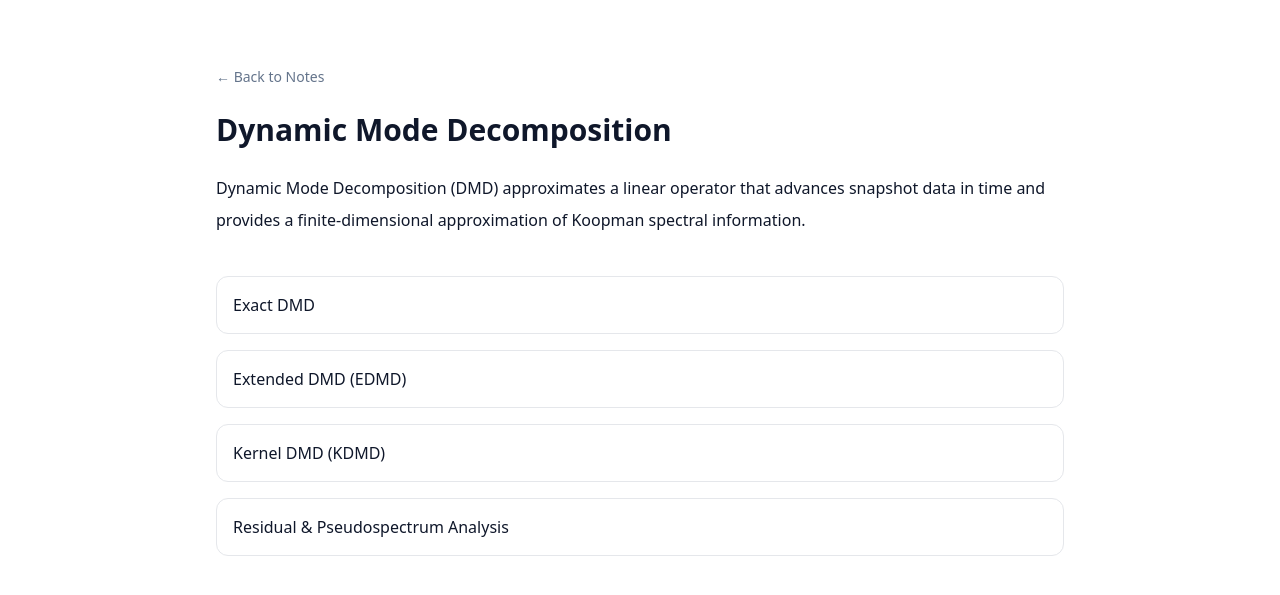
Repository: JWS625/JWS625.github.io
Page: notes/nonlinear_stability/index.html
These files come from the project's save history. The page is drawn as it stood at one moment and after the next save; the edit follows.
The browser window is 1280 px wide. The pictures show the whole page.
Some web libraries are served in a nearby version.

Above is the page before, as saved 2026-02-20 18:04:32.

### notes/nonlinear_stability/index.html
<!doctype html>
<html>
<head>
<meta charset="utf-8">
<title>Modal Analysis | Research Notes</title>
<script src="https://cdn.tailwindcss.com"></script>
</head>

<body class="bg-white text-slate-900">
<div class="max-w-4xl mx-auto px-6 py-16">

<a href="../index.html" class="text-sm text-slate-500 hover:text-black">
← Back to Notes
</a>

<h1 class="text-3xl font-semibold mt-6">
Dynamic Mode Decomposition
</h1>

<p class="mt-6 leading-8">
Dynamic Mode Decomposition (DMD) approximates a linear operator
that advances snapshot data in time and provides a finite-dimensional
approximation of Koopman spectral information.
</p>

<div class="mt-10 space-y-4">

<a href="exact.html" class="block p-4 border rounded-xl hover:bg-slate-50">
Exact DMD
</a>

<a href="edmd.html" class="block p-4 border rounded-xl hover:bg-slate-50">
Extended DMD (EDMD)
</a>

<a href="kdmd.html" class="block p-4 border rounded-xl hover:bg-slate-50">
Kernel DMD (KDMD)
</a>

<a href="residual.html" class="block p-4 border rounded-xl hover:bg-slate-50">
Residual & Pseudospectrum Analysis
</a>

</div>

</div>
</body>
</html>

After the next save:
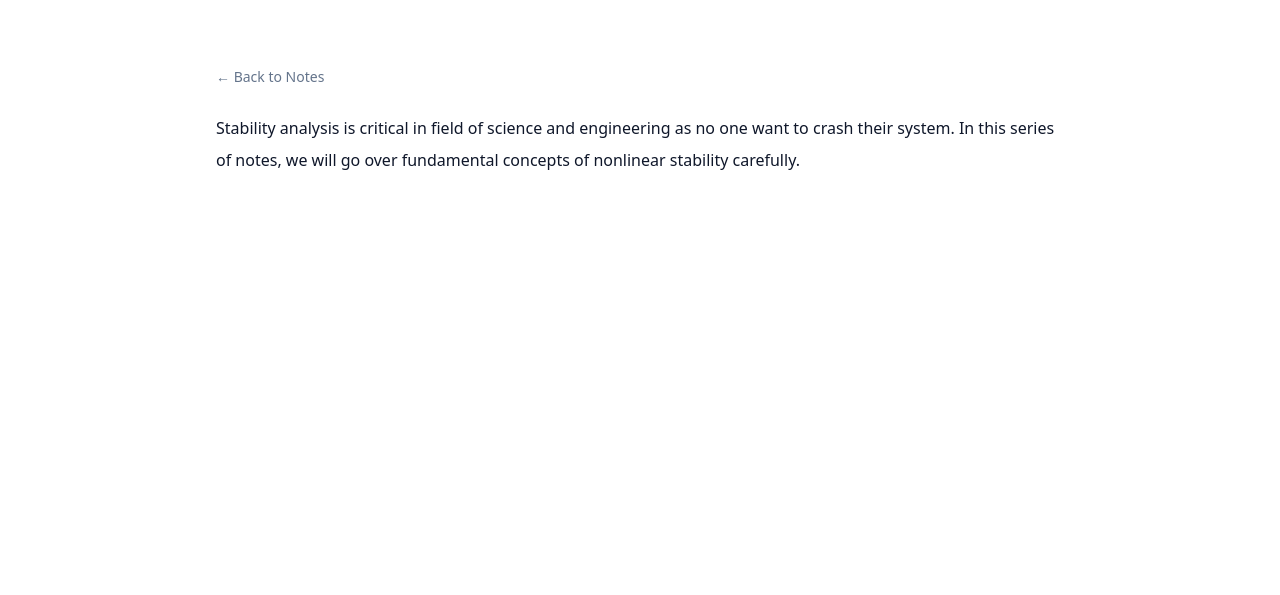
Saved 21 min 32 s later.
--- a/notes/nonlinear_stability/index.html
+++ b/notes/nonlinear_stability/index.html
@@ -2,7 +2,7 @@
 <html>
 <head>
 <meta charset="utf-8">
-<title>Modal Analysis | Research Notes</title>
+<title>Nonlinear Stability | Research Notes</title>
 <script src="https://cdn.tailwindcss.com"></script>
 </head>
 
@@ -14,34 +14,14 @@
 </a>
 
 <h1 class="text-3xl font-semibold mt-6">
-Dynamic Mode Decomposition
+
 </h1>
 
 <p class="mt-6 leading-8">
-Dynamic Mode Decomposition (DMD) approximates a linear operator
-that advances snapshot data in time and provides a finite-dimensional
-approximation of Koopman spectral information.
+Stability analysis is critical in field of science and engineering as no one want to crash their system. In this series of notes, we will go over fundamental concepts
+of nonlinear stability carefully.
 </p>
 
-<div class="mt-10 space-y-4">
-
-<a href="exact.html" class="block p-4 border rounded-xl hover:bg-slate-50">
-Exact DMD
-</a>
-
-<a href="edmd.html" class="block p-4 border rounded-xl hover:bg-slate-50">
-Extended DMD (EDMD)
-</a>
-
-<a href="kdmd.html" class="block p-4 border rounded-xl hover:bg-slate-50">
-Kernel DMD (KDMD)
-</a>
-
-<a href="residual.html" class="block p-4 border rounded-xl hover:bg-slate-50">
-Residual & Pseudospectrum Analysis
-</a>
-
-</div>
 
 </div>
 </body>
